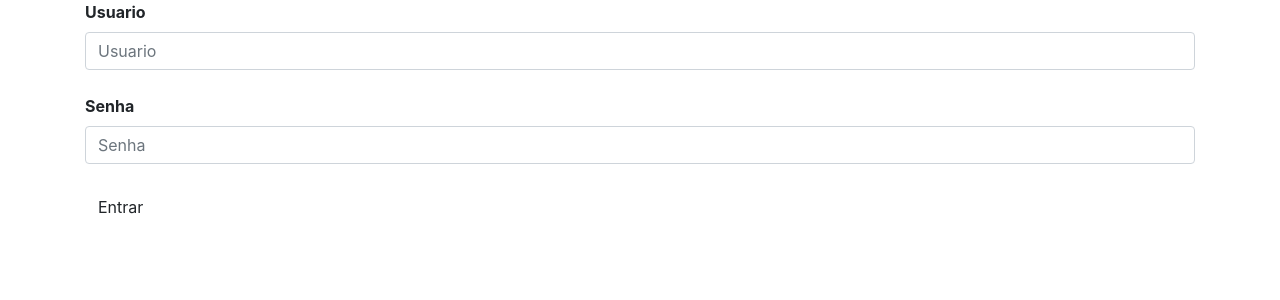
Repository: belchiorneto/innovationAPI
Page: http://localhost/TelaLogin/Login.jsp
An editor plug-in stored every save of this project. The page is shown before and after the next save, followed by the edit.
The browser window is 1280 px wide. The pictures show the whole page.
The page is served by Tomcat 9.

Above is the page before, as saved 2019-05-07 19:31:09.

After the next save:
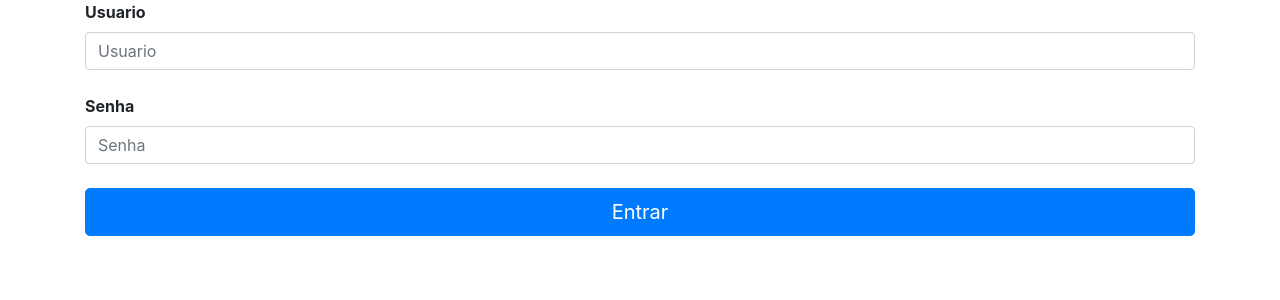
Saved 38 s later.
--- a/TelaLogin/WebContent/Login.jsp
+++ b/TelaLogin/WebContent/Login.jsp
@@ -18,7 +18,7 @@
 		<label for="password"><b>Senha</b></label>
 			<input type="password" class="form-control" placeholder="Senha" name="password" required>
 			<br>
-		<button type="submit" class="btn btn-default">Entrar</button>
+		<button type="submit" class="btn btn-lg btn-primary btn-block">Entrar</button>
 
 	</div>
 </form>
